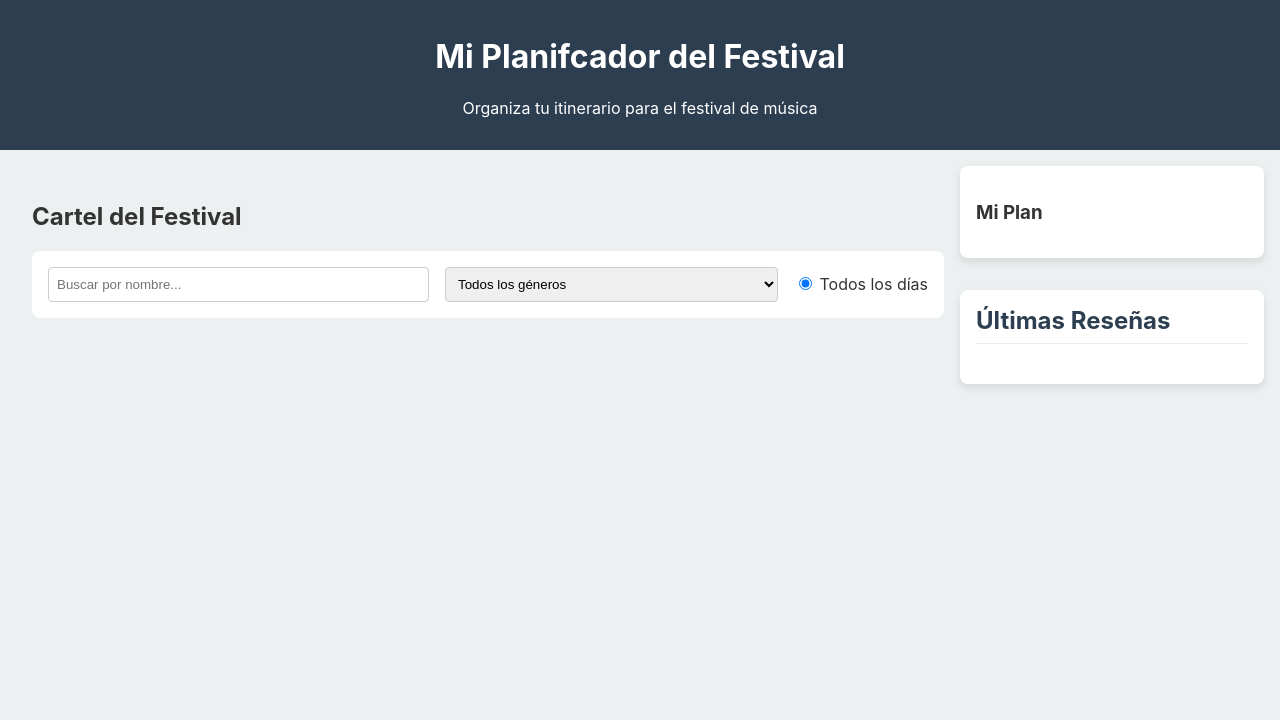
Repository: covaa15/DWEC
Page: Examen12_12_2025/index.html
The author's editor kept a copy of each file at every save. The page is drawn from the files as they stood at one save, then again after the next save.
The browser window is 1280 px wide. The pictures show the whole page.

Above is the page before, as saved 2025-12-12 11:38:44.

### Examen12_12_2025/index.html
<!DOCTYPE html>
<html lang="es">
<head>
    <meta charset="UTF-8">
    <meta name="viewport" content="width=device-width, initial-scale=1.0">
    <title>Festival</title>
    <link rel="stylesheet" href="css/style.css">
</head>
<body>
    <!-- Encabezado principal de la aplicación -->
    <header>
        <h1>Mi Planifcador del Festival</h1>
        <p>Organiza tu itinerario para el festival de música</p>
    </header>

    <!-- Contenedor principal de la aplicación: organiza el dashboard y la columna derecha -->
    <div class="container">
        <!-- Sección principal del dashboard: muestra el cartel del festival y los filtros -->
        <main id="dashboard">
            <h2>Cartel del Festival</h2>
            <!-- Formulario de filtros para buscar y categorizar artistas -->
            <form id="filter-form">
                <input type="text" id="search-name" placeholder="Buscar por nombre...">
                <select id="filter-genre">
                    <option value="">Todos los géneros</option>
                    <!-- Las opciones de género se cargarán aquí dinámicamente mediante JavaScript -->
                </select>
                <div id="filter-day" class="radio-group">
                    <label><input type="radio" name="day" value="" checked> Todos los días</label>
                    <!-- Las opciones de día se cargarán aquí dinámicamente mediante JavaScript -->
                </div>
            </form>
            <!-- Contenedor donde se mostrarán las tarjetas de los artistas filtrados -->
            <div id="artist-list" class="grid-container">
                <!-- Las tarjetas de artistas se insertarán aquí por JavaScript -->
            </div>
        </main>

        <!-- Columna lateral derecha: contiene el plan del usuario y las reseñas -->
        <div class="right-column">
            <!-- Sección para el plan personalizado del usuario -->
            <aside id="my-plan-container">
                <h3>Mi Plan</h3>
                <!-- Lista donde se añadirán las actuaciones seleccionadas por el usuario -->
                <ul id="plan-list">
                    <!-- Las actuaciones añadidas aparecerán aquí por JavaScript -->
                </ul>
            </aside>
            <!-- Sección para mostrar las reseñas de los artistas -->
            <section id="reviews-section">
                <h2>Últimas Reseñas</h2>
                <!-- Contenedor donde se mostrarán las tarjetas de las reseñas -->
                <div id="reviews-list">
                    <!-- Las reseñas se insertarán aquí por JavaScript -->
                </div>
            </section>
        </div>
    </div>

    <!-- Modal para el formulario de reseña (inicialmente oculto) -->
    <div id="review-modal" class="modal-overlay" style="display: none;">
        <div class="modal-content">
            <button class="close-modal">&times;</button>
            <h3 id="modal-artist-name">Dejar reseña para...</h3>
            <!-- Formulario de reseña del artista. La validación se realiza en el cliente. -->
            <form id="review-form" novalidate>
                <div class="form-group">
                    <label>Calificación:</label>
                    <div class="star-rating">
                        <!-- Campos de radio para la calificación por estrellas (5 a 1) -->
                        <input type="radio" id="star5" name="rating" value="5" required><label for="star5" title="5 stars">★</label>
                        <input type="radio" id="star4" name="rating" value="4"><label for="star4" title="4 stars">★</label>
                        <input type="radio" id="star3" name="rating" value="3"><label for="star3" title="3 stars">★</label>
                        <input type="radio" id="star2" name="rating" value="2"><label for="star2" title="2 stars">★</label>
                        <input type="radio" id="star1" name="rating" value="1"><label for="star1" title="1 star">★</label>
                    </div>
                    <span class="error-message"></span>
                </div>
                <div class="form-group">
                    <label for="comment">Comentario:</label>
                    <textarea id="comment" name="comment" rows="4" minlength="15" required></textarea>
                    <span class="error-message"></span>
                </div>
                <div class="form-group">
                    <label for="email">Email:</label>
                    <input type="email" id="email" name="email" required>
                    <span class="error-message"></span>
                </div>
                <button type="submit">Enviar Reseña</button>
            </form>
        </div>
    </div>


    <!-- Mensaje de éxito temporal para confirmaciones de usuario (inicialmente oculto) -->
    <div id="success-message" class="success-message" style="display: none;"></div>

    <!-- Enlace al archivo JavaScript principal de la aplicación.
         El atributo 'type="module"' permite usar importaciones y exportaciones de módulos. -->
    <script src="js/main.js" type="module"></script>
</body>
</html>

### Examen12_12_2025/css/style.css
/* --- GENERALES Y LAYOUT --- */
/* Este bloque define variables globales (--variable) para la paleta de colores y estilos reutilizables.
   También establece los estilos base para la página, como la fuente y la maquetación principal de dos columnas usando Flexbox. */
:root {
    --primary-color: #2c3e50;
    --secondary-color: #3498db;
    --background-color: #ecf0f1;
    --card-bg-color: #ffffff;
    --text-color: #333;
    --error-color: #e74c3c;
    --success-color: #2ecc71;
    --star-color: #f1c40f;
    --border-radius: 8px;
    --box-shadow: 0 4px 8px rgba(0, 0, 0, 0.1);
}

body {
    font-family: -apple-system, BlinkMacSystemFont, "Segoe UI", Roboto, Helvetica, Arial, sans-serif;
    margin: 0;
    background-color: var(--background-color);
    color: var(--text-color);
}

header {
    background-color: var(--primary-color);
    color: white;
    padding: 1rem 2rem;
    text-align: center;
}

.container {
    display: flex;
    flex-wrap: wrap;
    padding: 1rem;
}

main#dashboard {
    flex: 3;
    min-width: 300px;
    padding: 1rem;
}

.right-column {
    flex: 1;
    min-width: 300px;
    display: flex;
    flex-direction: column;
    gap: 2rem;
}

aside#my-plan-container {
    background-color: var(--card-bg-color);
    padding: 1rem;
    border-radius: var(--border-radius);
    box-shadow: var(--box-shadow);
}

/* --- FORMULARIO DE FILTROS --- */
/* Estilos para el formulario que permite al usuario buscar y filtrar artistas. */
#filter-form {
    display: flex;
    flex-wrap: wrap;
    gap: 1rem;
    margin-bottom: 2rem;
    background-color: var(--card-bg-color);
    padding: 1rem;
    border-radius: var(--border-radius);
}

#filter-form input[type="text"],
#filter-form select {
    padding: 0.5rem;
    border: 1px solid #ccc;
    border-radius: 4px;
    flex-grow: 1;
}

.radio-group {
    display: flex;
    gap: 1rem;
    align-items: center;
}

/* --- TARJETAS DE ARTISTAS --- */
/* Define el layout de parrilla para las tarjetas de artistas y el estilo de cada tarjeta individual,
   incluyendo efectos visuales como sombras y animaciones al pasar el ratón. */
.grid-container {
    display: grid;
    grid-template-columns: repeat(auto-fill, minmax(220px, 1fr));
    gap: 1.5rem;
}

.artist-card {
    background: var(--card-bg-color);
    border-radius: var(--border-radius);
    box-shadow: var(--box-shadow);
    padding: 1rem;
    transition: transform 0.2s, box-shadow 0.2s;
    display: flex;
    flex-direction: column;
}

.artist-card:hover {
    transform: translateY(-5px);
    box-shadow: 0 8px 16px rgba(0, 0, 0, 0.15);
}

.artist-card h3 {
    margin-top: 0;
    color: var(--primary-color);
}

.artist-card p {
    font-size: 0.9rem;
    color: #7f8c8d;
    margin: 0.5rem 0;
}

.card-schedule-info {
    font-size: 0.85rem;
    color: #34495e;
    background-color: #f8f9f9;
    padding: 0.5rem;
    border-radius: 4px;
    margin: 1rem 0;
    border-left: 3px solid var(--secondary-color);
}

.card-schedule-info span {
    display: block;
}

.card-schedule-info span:first-child {
    font-weight: bold;
}

.artist-card button {
    background-color: var(--secondary-color);
    color: white;
    border: none;
    padding: 0.6rem 1rem;
    border-radius: 4px;
    cursor: pointer;
    width: 100%;
    margin-top: auto; /* Empuja el botón al final */
    transition: background-color 0.2s;
}

.artist-card button:hover {
    background-color: #2980b9;
}

/* --- SECCIÓN "MI PLAN" --- */
/* Estilos para la lista de actuaciones que el usuario ha seleccionado.
   Incluye el estilo de cada elemento de la lista y sus botones de acción (Eliminar, Dejar reseña). */
#plan-list {
    list-style-type: none;
    padding: 0;
    margin: 0;
}

#plan-list li {
    background-color: #f9f9f9;
    padding: 0.8rem;
    margin-bottom: 0.8rem;
    border-radius: 4px;
    border-left: 5px solid var(--secondary-color);
    position: relative;
}

#plan-list .plan-item-info strong {
    display: block;
    color: var(--primary-color);
}

#plan-list .plan-item-info span {
    font-size: 0.85rem;
    color: #7f8c8d;
}

#plan-list .plan-item-actions {
    margin-top: 0.5rem;
    display: flex;
    gap: 0.5rem;
}

.plan-item-actions button {
    font-size: 0.75rem;
    padding: 0.3rem 0.6rem;
    border-radius: 3px;
    cursor: pointer;
    border: 1px solid;
}

.btn-delete {
    border-color: var(--error-color);
    color: var(--error-color);
    background: transparent;
}
.btn-review {
    border-color: var(--secondary-color);
    color: var(--secondary-color);
    background: transparent;
}
.btn-review:disabled {
    border-color: #ccc;
    color: #ccc;
    cursor: not-allowed;
}


/* --- MODAL --- */
/* Estilos para la ventana modal que aparece superpuesta.
   Define la capa de fondo oscura y el contenedor del contenido del modal. */
.modal-overlay {
    position: fixed;
    top: 0;
    left: 0;
    width: 100%;
    height: 100%;
    background-color: rgba(0, 0, 0, 0.6);
    display: flex;
    justify-content: center;
    align-items: center;
    z-index: 1000;
}

.modal-content {
    background: white;
    padding: 2rem;
    border-radius: var(--border-radius);
    width: 90%;
    max-width: 500px;
    position: relative;
}

.close-modal {
    position: absolute;
    top: 1rem;
    right: 1rem;
    background: none;
    border: none;
    font-size: 1.5rem;
    cursor: pointer;
}

/* --- FORMULARIO DE RESEÑA --- */
/* Define los estilos para el formulario dentro del modal, incluyendo los campos de entrada,
   los mensajes de error de validación y el sistema de calificación por estrellas. */
#review-form .form-group {
    margin-bottom: 1rem;
}

#review-form label {
    display: block;
    margin-bottom: 0.3rem;
}

#review-form input,
#review-form textarea {
    width: 100%;
    padding: 0.5rem;
    border: 1px solid #ccc;
    border-radius: 4px;
    box-sizing: border-box;
}

#review-form button {
    background-color: var(--success-color);
    color: white;
    padding: 0.7rem 1.5rem;
    border: none;
    border-radius: 4px;
    cursor: pointer;
}
.error-message {
    color: var(--error-color);
    font-size: 0.8rem;
    height: 1rem;
    display: block;
}
input:invalid, textarea:invalid {
    border-color: var(--error-color);
}

/* Star Rating: Implementación de calificación por estrellas con inputs de radio y CSS. */
.star-rating {
    display: flex;
    flex-direction: row-reverse;
    justify-content: flex-end;
}

.star-rating input[type="radio"] {
    display: none;
}

.star-rating label {
    color: #ccc;
    cursor: pointer;
    font-size: 2rem;
    margin: 0;
}

.star-rating input[type="radio"]:checked ~ label,
.star-rating label:hover,
.star-rating label:hover ~ label {
    color: var(--star-color);
}

/* --- MENSAJE DE ÉXITO --- */
/* Estilos para la notificación flotante que aparece tras enviar una reseña. */
.success-message {
    position: fixed;
    bottom: 20px;
    left: 50%;
    transform: translateX(-50%);
    background-color: var(--success-color);
    color: white;
    padding: 1rem 2rem;
    border-radius: var(--border-radius);
    z-index: 1001;
    box-shadow: var(--box-shadow);
}


/* --- SECCIÓN DE RESEÑAS --- */
/* Estilos para la sección que muestra las reseñas enviadas y el formato de cada tarjeta de reseña. */
#reviews-section {
    background-color: var(--card-bg-color);
    padding: 1rem;
    border-radius: var(--border-radius);
    box-shadow: var(--box-shadow);
}

#reviews-section h2 {
    text-align: left;
    margin-top: 0;
    margin-bottom: 1.5rem;
    padding-bottom: 0.5rem;
    border-bottom: 1px solid #eee;
    color: var(--primary-color);
}

#reviews-list {
    display: flex;
    flex-direction: column;
    gap: 1rem;
}

.review-card {
    background: #f9f9f9;
    border-radius: var(--border-radius);
    padding: 1rem;
    display: flex;
    flex-direction: column;
    border-left: 5px solid var(--secondary-color);
}

.review-card h4 {
    margin: 0 0 0.5rem 0;
    color: var(--primary-color);
}

.review-card-rating {
    color: var(--star-color);
    font-size: 1.2rem;
    margin-bottom: 1rem;
}

.review-card-comment {
    font-style: italic;
    color: #555;
    margin: 0;
}


/* --- RESPONSIVE --- */
/* Contiene las Media Queries para adaptar el diseño a diferentes tamaños de pantalla,
   como apilar las columnas en dispositivos móviles. */
@media (max-width: 992px) {
    .container {
        flex-direction: column;
    }
    .right-column {
        margin-top: 2rem;
        gap: 2rem;
    }
}

### Examen12_12_2025/js/main.js
// js/main.js
let artistas = [];
let horarios = [];
let escenarios = []
const contenedorArtistas = document.querySelector("#artist-list");
//Cargo los artistas
cargarArtistas("./data/artistas.json");
cargarEscenarios("./data/escenarios.json");
cargarArtistas("./data/artistas.json");
function cargarArtistas(ruta) {
    fetch(ruta)
        .then(res => res.json())
        .then(data => {
            artistas = data;
            mostrarArtistas(artistas);
        })
        .catch(error => console.log("Error al cargar productos:", error));

}
//Cargo los escenarios
function cargarEscenarios(ruta) {
    fetch(ruta)
        .then(res => res.json())
        .then(data => {
            escenarios = data;
            mostrarArtistas(artistas);
        })
        .catch(error => console.log("Error al cargar productos:", error));

}
//Cargo los horarios
function cargarHorarios(ruta) {
    fetch(ruta)
        .then(res => res.json())
        .then(data => {
            horarios = data;
            mostrarArtistas(artistas);
        })
        .catch(error => console.log("Error al cargar productos:", error));

}

function mostrarArtistas(artistas) {
    contenedorArtistas.innerHTML = "";
    artistas.forEach(artista => {
        const card = document.createElement('div');
        card.classList.add(".artist-card")
        const escenario=obtenerEscenario(artista.id);

        console.log(horarios);
        card.innerHTML = `
        <h2>${artista.nombre}</h2>
        <p>Escenario: ${escenario}</p>
       `
        contenedorArtistas.appendChild(card);
    });


}

function obtenerEscenario(idArtista) {
    const idEscenario = obtenerHorario(idArtista);

    escenarios.forEach(escenario => {
        if (escenario.id === idEscenario)
            return escenario.nombre;
    });
}

### Examen12_12_2025/data/artistas.json
[
  {
    "id": "a1",
    "nombre": "The Cosmic Waves",
    "genero": "Psychedelic Rock",
    "pais": "Reino Unido",
    "miembros": ["Alex", "Zoe", "Sam", "Leo"],
    "fansEstimados": 12000
  },
  {
    "id": "a2",
    "nombre": "Luna Shadow",
    "genero": "Synth-Pop",
    "pais": "Japón",
    "miembros": ["Yuki"],
    "fansEstimados": 8000
  },
  {
    "id": "a3",
    "nombre": "Blues Brothers Tribute",
    "genero": "Blues",
    "pais": "USA",
    "miembros": ["Jake", "Elwood"],
    "fansEstimados": 15000
  },
  {
    "id": "a4",
    "nombre": "Electric Dreams",
    "genero": "Electro-Funk",
    "pais": "Alemania",
    "miembros": ["DJ Spark", "BassBot"],
    "fansEstimados": 9500
  },
  {
    "id": "a5",
    "nombre": "Folkloric Echoes",
    "genero": "Folk",
    "pais": "Irlanda",
    "miembros": ["Fiona", "Liam", "Aoife"],
    "fansEstimados": 7000
  },
  {
    "id": "a6",
    "nombre": "Metal Mayhem",
    "genero": "Heavy Metal",
    "pais": "Suecia",
    "miembros": ["Thor", "Odin", "Loki"],
    "fansEstimados": 18000
  },
  {
    "id": "a7",
    "nombre": "Jazz Fusion Collective",
    "genero": "Jazz",
    "pais": "Francia",
    "miembros": ["Pierre", "Marie", "Louis"],
    "fansEstimados": 6000
  },
  {
    "id": "a8",
    "nombre": "Reggae Roots Band",
    "genero": "Reggae",
    "pais": "Jamaica",
    "miembros": ["Rasta Joe", "Mama Earth"],
    "fansEstimados": 11000
  },
  {
    "id": "a9",
    "nombre": "Classical Modern",
    "genero": "Classical",
    "pais": "Italia",
    "miembros": ["Maestro Carlo"],
    "fansEstimados": 4000
  },
  {
    "id": "a10",
    "nombre": "Hip-Hop Rhymers",
    "genero": "Hip-Hop",
    "pais": "USA",
    "miembros": ["MC Flow", "Beat Master"],
    "fansEstimados": 13000
  },
  {
    "id": "a11",
    "nombre": "Indie Pop Wonders",
    "genero": "Indie Pop",
    "pais": "Canada",
    "miembros": ["Chloe", "Finn"],
    "fansEstimados": 8500
  }
]

### Examen12_12_2025/data/escenarios.json
[
  {
    "id": "e1",
    "nombre": "Solstice Stage",
    "capacidad": 15000,
    "ubicacion": "Zona Norte"
  },
  {
    "id": "e2",
    "nombre": "Eclipse Tent",
    "capacidad": 5000,
    "ubicacion": "Zona Oeste"
  },
  {
    "id": "e3",
    "nombre": "Zen Garden",
    "capacidad": 3000,
    "ubicacion": "Zona Sur"
  },
  {
    "id": "e4",
    "nombre": "Rave Cave",
    "capacidad": 7000,
    "ubicacion": "Zona Este"
  },
  {
    "id": "e5",
    "nombre": "Acoustic Alcove",
    "capacidad": 1000,
    "ubicacion": "Centro"
  },
  {
    "id": "e6",
    "nombre": "Main Stage",
    "capacidad": 20000,
    "ubicacion": "Entrada Principal"
  },
  {
    "id": "e7",
    "nombre": "Chill Zone",
    "capacidad": 2000,
    "ubicacion": "Junto al Lago"
  },
  {
    "id": "e8",
    "nombre": "Groove Ground",
    "capacidad": 6000,
    "ubicacion": "Área de Comida"
  },
  {
    "id": "e9",
    "nombre": "Tech Temple",
    "capacidad": 4000,
    "ubicacion": "Bosque"
  },
  {
    "id": "e10",
    "nombre": "Vibe Village",
    "capacidad": 2500,
    "ubicacion": "Campamento"
  }
]

After the next save:
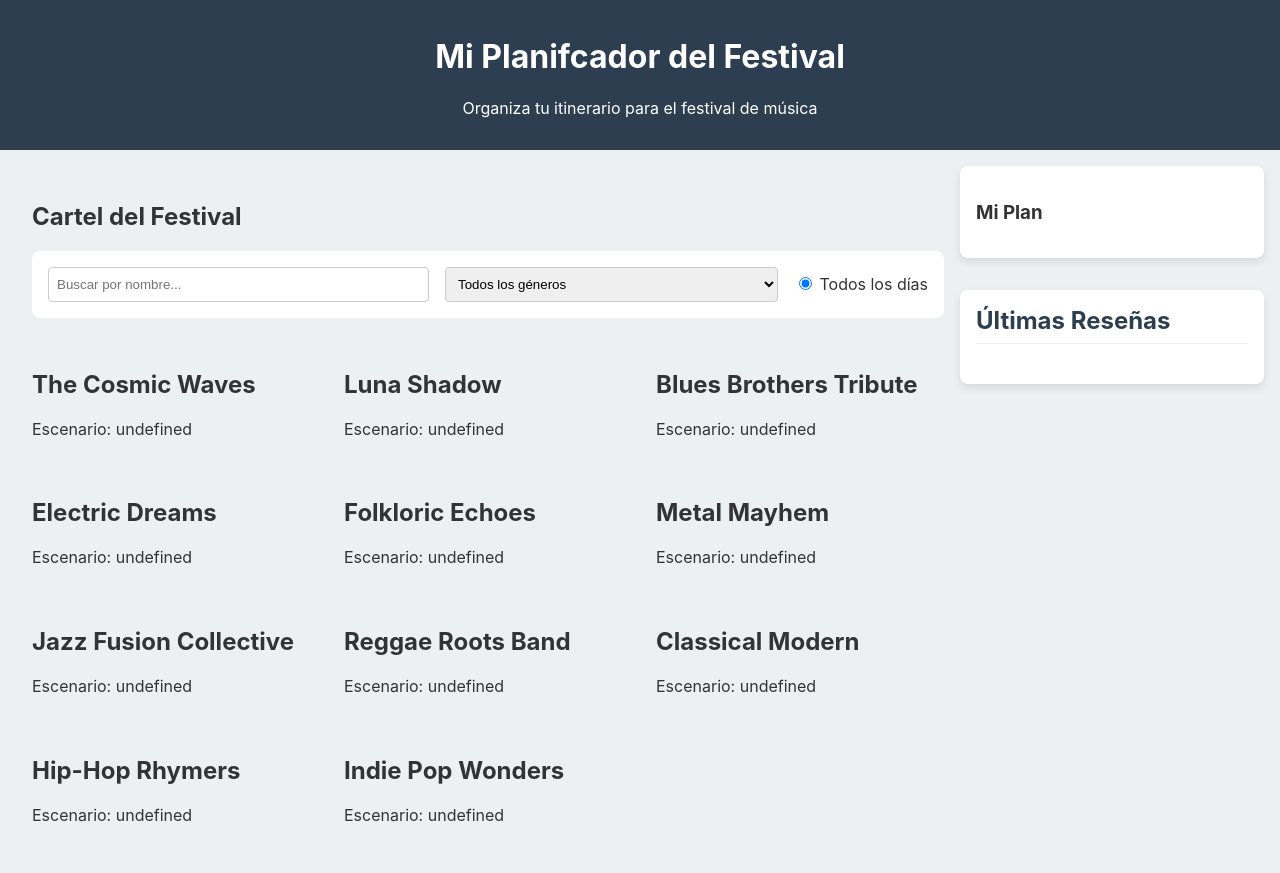
Saved 35 s later.
--- a/Examen12_12_2025/js/main.js
+++ b/Examen12_12_2025/js/main.js
@@ -47,7 +47,6 @@ function mostrarArtistas(artistas) {
         card.classList.add(".artist-card")
         const escenario=obtenerEscenario(artista.id);
 
-        console.log(horarios);
         card.innerHTML = `
         <h2>${artista.nombre}</h2>
         <p>Escenario: ${escenario}</p>
@@ -66,3 +65,15 @@ function obtenerEscenario(idArtista) {
             return escenario.nombre;
     });
 }
+
+function obtenerHorario(idArtista) {
+    horarios.forEach(horario => {
+        console.log(horario.artistaId);
+        if (horario.artistaId == idArtista){
+
+            return horario.escenarioId;
+        }
+
+
+    });
+}
